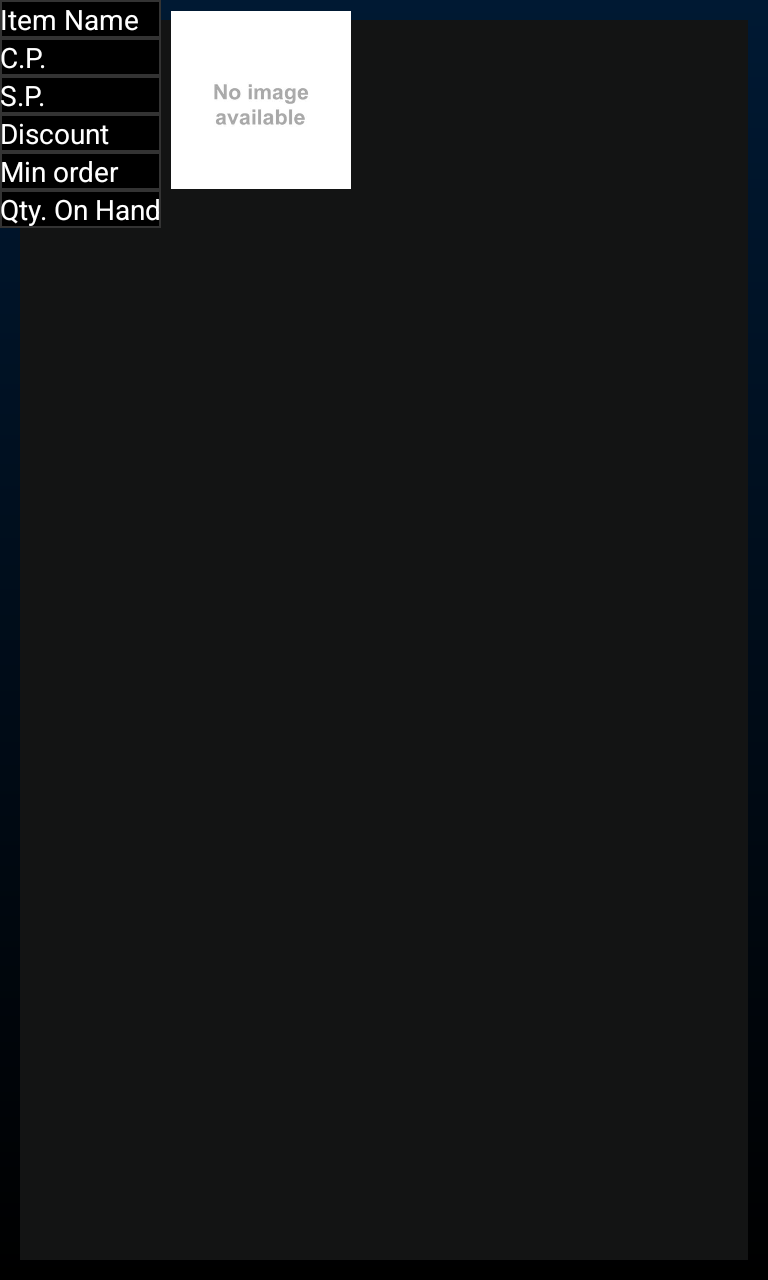
Repository: jasleen1291/B2BMobileApplication
Layout: Mobile E Commerce/B2B/res/layout/grid_item.xml
An editor plug-in stored every save of this project. The layout is shown before and after the next save, followed by the edit.
It is drawn on a 768 x 1280 px phone screen (xhdpi) without system bars, with theme mycustomtheme; the app's code is not run.

Above is the layout before, as saved 2013-05-24 08:27:15.

### Mobile E Commerce/B2B/res/layout/grid_item.xml
<?xml version="1.0" encoding="utf-8"?>
<LinearLayout xmlns:android="http://schemas.android.com/apk/res/android"
    android:layout_width="match_parent"
    android:layout_height="match_parent"
    android:orientation="horizontal"
    android:layout_gravity="right"
   >


    <TableLayout
        android:layout_width="wrap_content"
        android:layout_height="match_parent"

        android:padding="0dp" >

         <TableRow
             android:id="@+id/tableRow4"
             android:layout_width="fill_parent"
             android:layout_height="wrap_content" >

            <TextView
               style="@style/titlebarstylesmall"
                android:layout_width="wrap_content"
                android:layout_height="wrap_content"
                android:text="@string/itemname"
                />

            <TextView
                android:id="@+id/name"
                 style="@style/titlebarstylesmall"
                android:layout_width="wrap_content"
                android:layout_height="wrap_content"
                android:textIsSelectable="false"
               />
    </TableRow>

  <TableRow
      android:id="@+id/tableRow6"
      android:layout_width="fill_parent"
      android:layout_height="wrap_content" >

            <TextView
               style="@style/titlebarstylesmall"
                android:layout_width="wrap_content"
                android:layout_height="wrap_content"
                android:text="@string/cp"
                />

            <TextView
                android:id="@+id/cp"
                 style="@style/titlebarstylesmall"
                android:layout_width="wrap_content"
                android:layout_height="wrap_content"
                android:textIsSelectable="false"
               />
    </TableRow>

        <TableRow
            android:id="@+id/tableRow1"
            android:layout_width="fill_parent"
            android:layout_height="wrap_content"
            android:layout_margin="0dp"
            android:focusable="false"
            android:paddingTop="0dp" >

            <TextView
               style="@style/titlebarstylesmall"
                android:layout_width="wrap_content"
                android:layout_height="wrap_content"
                android:text="@string/sp"
                />

            <TextView
                android:id="@+id/sp"
                 style="@style/titlebarstylesmall"
                android:layout_width="wrap_content"
                android:layout_height="wrap_content"
                android:textIsSelectable="false"
               />

        </TableRow>

        <TableRow
            android:id="@+id/tableRow2"
            android:layout_width="fill_parent"
            android:layout_height="wrap_content" >

            <TextView
                style="@style/titlebarstylesmall"
                android:layout_width="wrap_content"
                android:layout_height="wrap_content"
                android:text="@string/discount"
                />

            <TextView
                android:id="@+id/discount"
                style="@style/titlebarstylesmall"
                android:layout_width="wrap_content"
                android:layout_height="wrap_content"
                android:textIsSelectable="false"
               />

        </TableRow>

        <TableRow
            android:id="@+id/tableRow3"
            android:layout_width="fill_parent"
            android:layout_height="wrap_content" >
             <TextView
                style="@style/titlebarstylesmall"
                android:layout_width="wrap_content"
                android:layout_height="wrap_content"
                android:text="@string/minorder"
                />

            <TextView
                style="@style/titlebarstylesmall"
                android:id="@+id/minorder"
                android:layout_width="wrap_content"
                android:textIsSelectable="false"
                android:layout_height="wrap_content"
               />
        </TableRow>

        <TableRow
            android:layout_width="fill_parent"
            android:layout_height="wrap_content" >

             <TextView
                style="@style/titlebarstylesmall"
                android:layout_width="wrap_content"
                android:layout_height="wrap_content"
                android:text="@string/qtyonhand"
                />

            <TextView
                style="@style/titlebarstylesmall"
                android:id="@+id/qtyonhand"
                android:layout_width="wrap_content"
                android:layout_height="wrap_content"
                android:textIsSelectable="false"
               />
        </TableRow>
    </TableLayout>

  <ImageView
        android:id="@+id/imageView1"
        android:layout_width="100dp"
        android:layout_height="100dp"
        android:contentDescription="@string/action_forgot_password"
        android:padding="5dp"
        android:src="@drawable/notavailable" />


</LinearLayout>

### Mobile E Commerce/B2B/res/values/mycustomtheme.xml
<?xml version="1.0" encoding="utf-8"?>
<resources xmlns:android="http://schemas.android.com/apk/res/android">
    <style name="mycustomtheme" parent="@android:style/Theme.NoTitleBar.Fullscreen">
        <item name="android:windowBackground">@drawable/mybg</item>
       	<item name="android:textColor">#0066cc</item>
       	<item name="android:textColorHint">#51BFE2</item>
    </style>

</resources>

### Mobile E Commerce/B2B/res/drawable/mybg.xml
<?xml version="1.0" encoding="utf-8"?>
<layer-list  xmlns:android="http://schemas.android.com/apk/res/android">
    <item>
<shape android:shape="rectangle">



        <gradient android:startColor="#001933"  android:endColor="#000" android:angle="270"/>


</shape>
</item>
<item android:left="10dp" android:top="10dp" android:right="10dp" android:bottom="10dp">

<shape android:shape="rectangle">



        <solid android:color="#131414"></solid>


</shape>
</item>
</layer-list>

### Mobile E Commerce/B2B/res/values/styles.xml
<?xml version="1.0" encoding="utf-8"?>
<resources xmlns:android="http://schemas.android.com/apk/res/android">

    <!--
        Base application theme, dependent on API level. This theme is replaced
        by AppBaseTheme from res/values-vXX/styles.xml on newer devices.

    -->
    <style name="AppBaseTheme" parent="android:Theme.Light">
        <!--
            Theme customizations available in newer API levels can go in
            res/values-vXX/styles.xml, while customizations related to
            backward-compatibility can go here.

        -->
    </style>

    <!-- Application theme. -->
    <style name="AppTheme" parent="AppBaseTheme">
        <!-- All customizations that are NOT specific to a particular API-level can go here. -->
    </style>

    <style name="LoginFormContainer">
        <item name="android:layout_width">match_parent</item>
        <item name="android:layout_height">wrap_content</item>
        <item name="android:padding">16dp</item>
    </style>
    <style name="TextViewStyle">
        <item name="android:layout_width">wrap_content</item>
        <item name="android:layout_height">wrap_content</item>
        <item name="android:gravity">right</item>
        <item name="android:textSize">14sp</item>
        <item name="android:textColor">#0066cc</item>
        <item name="android:layout_margin">5dp</item>
    </style>
	<style name="EditTextStyle">
        <item name="android:layout_width">match_parent</item>
        <item name="android:layout_height">wrap_content</item>
        <item name="android:textSize">16sp</item>
        <item name="android:textColor">#0066cc</item>

        <item name="android:layout_marginLeft">16dp</item>
        <item name="android:layout_marginRight">16dp</item>
        <item name="android:layout_marginTop">5dp</item>
        <item name="android:background">@drawable/textview_border</item>
    </style>
	<style name="SpinnerStyle">
        <item name="android:layout_width">match_parent</item>
        <item name="android:layout_height">wrap_content</item>
        <item name="android:textSize">16sp</item>
        <item name="android:textColor">#0066cc</item>

        <item name="android:layout_marginLeft">16dp</item>
        <item name="android:layout_marginRight">16dp</item>
        <item name="android:layout_marginTop">5dp</item>

    </style>
	<style name="titlebarstyle">
	    <item name="android:layout_marginBottom">10dp</item>
        <item name="android:layout_width">match_parent</item>
        <item name="android:layout_height">wrap_content</item>
        <item name="android:background">@drawable/titlebar</item>
        <item name="android:textColor">@android:color/white</item>
        <item name="android:textAppearance">?android:attr/textAppearanceLarge</item>
	</style>
	<style name="titlebarstylesmall">

        <item name="android:layout_width">match_parent</item>
        <item name="android:layout_height">wrap_content</item>
        <item name="android:background">@drawable/cell_shape</item>
        <item name="android:textColor">@android:color/white</item>

	</style>
</resources>

### Mobile E Commerce/B2B/res/values/strings.xml
<?xml version="1.0" encoding="utf-8"?>
<resources>

    <string name="app_name">B2B</string>
    <string name="action_settings">Settings</string>
    <string name="hello_world">Hello world!</string>
    <string name="Loading">Loading&#8230;&#8230;&#8230;</string>
    <string name="title_activity_sign_up">Sign Up</string>

    <string-array name="signUpAsArray">
        <item>Customer</item>
        <item>Retailer</item>
        <item>Supplier</item>
    </string-array>

    <string name="title_activity_registeration">RegisterationActivity</string>
    <string name="title_activity_customer_area">CustomerArea</string>
    <string name="welcome">Welcome</string>
    <string name="title_activity_admin_area">Admin_area</string>
    <string name="general_complaint_fragment">General Complaint</string>
    <string name="hello_blank_fragment">Hello blank fragment</string>
    <string name="general_complaint">General Complaint</string>
    <string name="respond">Respond</string>
    <string name="submit">Submit</string>
    <string name="addcategory">Parent Category</string>
    <string name="categoryhint">Category</string>
    <string name="AddParentCategory">Add super category</string>
    <string name="complaintAbout">Complaint About</string>
    <string name="complainFrom">Complaint From</string>
    <string name="itemComplaint">Complaints about Items</string>
    <string name="shopComplaint">Complaint about shop</string>
    <string name="generalNotification">General Notification</string>
    <string name="urgentNotification">Urgent Notification</string>
    <string name="title">Title</string>
    <string name="message">Message</string>
    <string name="markAll">Mark all</string>
    <string name="advertisementPricing">Advertisement Pricing</string>
    <string name="desc">Description</string>
    <string name="days">No of days</string>
    <string name="cost">Cost</string>
    <string name="size">Size of advertisement</string>
    <string name="type">Type</string>
    <string name="fine">Fine</string>
    <string name="pickCategory">Pick a Category</string>

    <string-array name="typeArray">
        <item>Retailer</item>
        <item>Supplier</item>
    </string-array>

    <string name="update">Update</string>
    <string name="delete">Delete</string>
    <string name="view_advertisement">View Advertisements</string>
    <string name="noofcategories">No of Categories</string>
    <string name="shoppricing">Shop Pricing</string>
    <string name="view_fine_pricing">View Fine Pricing</string>
    <string name="shop_pricing">Shop Pricing</string>
    <string name="subCategory">Add Sub Category</string>
    <string name="addshop">Add Shop</string>
    <string name="title_activity_pay_fine">Pay Fine</string>
    <string name="finetitle">Your account has been suspended by the admin. Pay fine to continue using this applciation.</string>
    <string name="fineabc">Your payment has been received. Your account will now be restored. Please wait few minutes</string>
    <string name="title_activity_retailer_area">Retailer_area</string>
    <string name="title_activity_first_time_login">FirstTimeLogin</string>
    <string name="EditMyCategories">Edit My Categories</string>
    <string name="addnewitem">Add New Item</string>
    <string name="itemname">Item Name</string>
    <string name="longdescription">Long Description</string>
    <string name="qtyperunit">Qty Per unit</string>
    <string name="unit_of_measurement">Unit of Measurement</string>
    <string name="shopName">Shop Name</string>
    <string name="description">Description</string>
    <string name="categoriesAllowed">No of categories allowed</string>
    <string name="itemsSelling">No of Items Selling</string>
    <string name="itemsAvailable">No of Items not Selling</string>
    <string name="expirydate">Expiry Date</string>
    <string name="paymentEmail">Payment Email</string>
    <string name="selectcategory">Select a Category</string>
    <string name="clicktochange">Click On Image To Change It</string>
    <string name="cp">C.P.</string>
    <string name="sp">S.P.</string>
    <string name="minorder">Min order</string>
    <string name="discount">Discount</string>
    <string name="qtyonorder">Qty. On Order</string>
    <string name="qtyonhand">Qty. On Hand</string>
    <string name="qty">Qty.</string>
    <string name="viewdetails">View Details</string>

</resources>

### Mobile E Commerce/B2B/res/values/strings_activity_login.xml
<resources>

    <string name="title_activity_login">Sign in</string>

    <!-- Strings related to login -->
    <string name="prompt_email">Username</string>
    <string name="prompt_password">Password</string>
    <string name="action_sign_in_register"><b>Sign in</b> or register</string>
    <string name="action_sign_in_short">Sign in</string>
    <string name="action_forgot_password">Recover lost password</string>
    <string name="login_progress_signing_in">Signing in&#8230;</string>
    <string name="error_invalid_email">This email address is invalid</string>
    <string name="error_invalid_password">This password is too short</string>
    <string name="error_incorrect_password">This password is incorrect</string>
    <string name="error_field_required">This field is required</string>
    <string name="login">Login</string>

</resources>

### Mobile E Commerce/B2B/res/drawable/cell_shape.xml
<?xml version="1.0" encoding="utf-8"?>
<shape
  xmlns:android="http://schemas.android.com/apk/res/android"
    android:shape= "rectangle"  >
        <solid android:color="#000"/>
        <stroke android:width="1dp"  android:color="#333"/>
</shape>

After the next save:
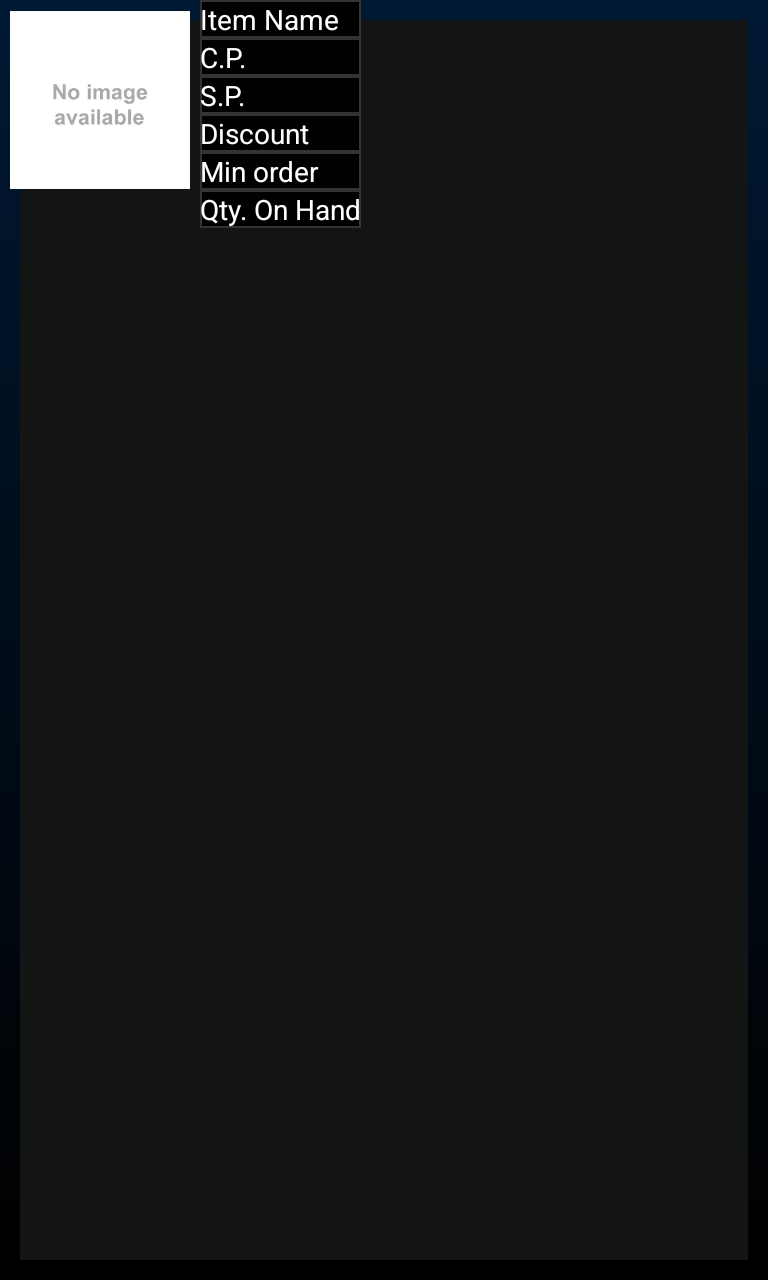
Saved 40 s later.
--- a/Mobile E Commerce/B2B/res/layout/grid_item.xml
+++ b/Mobile E Commerce/B2B/res/layout/grid_item.xml
@@ -6,11 +6,19 @@
     android:layout_gravity="right"
    >
 
+    <ImageView
+        android:id="@+id/imageView1"
+        android:layout_width="100dp"
+        android:layout_height="100dp"
+        android:contentDescription="@string/action_forgot_password"
+        android:padding="5dp"
+        android:src="@drawable/notavailable" />
 
     <TableLayout
-        android:layout_width="wrap_content"
+        android:layout_width="match_parent"
         android:layout_height="match_parent"
 
+        android:gravity="right"
         android:padding="0dp" >
 
          <TableRow
@@ -143,13 +151,6 @@
         </TableRow>
     </TableLayout>
 
-  <ImageView
-        android:id="@+id/imageView1"
-        android:layout_width="100dp"
-        android:layout_height="100dp"
-        android:contentDescription="@string/action_forgot_password"
-        android:padding="5dp"
-        android:src="@drawable/notavailable" />
 
 
 </LinearLayout>
